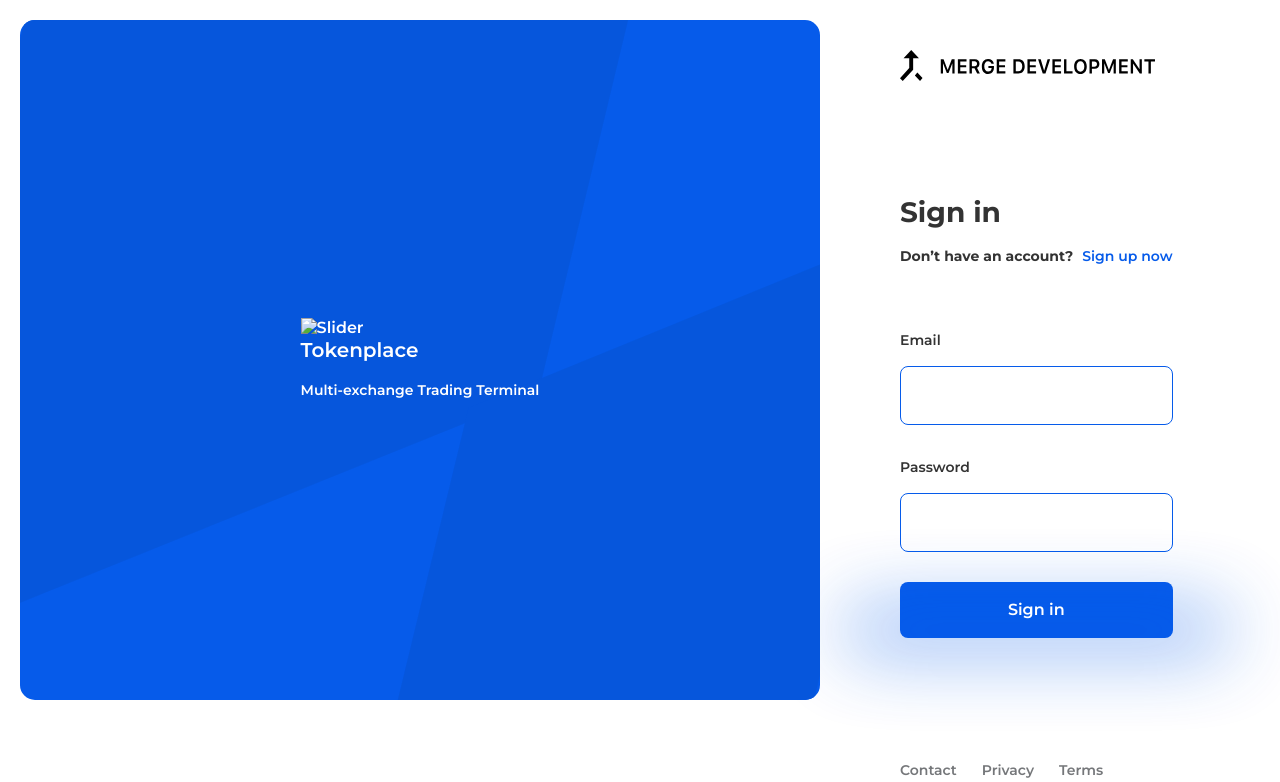
Repository: 13RedFox/form-project
Page: /
The author's editor kept a copy of each file at every save. The page is drawn from the files as they stood at one save, then again after the next save.
The browser window is 1280 px wide. The pictures show the whole page.
The project was rebuilt for these pictures with package versions that can differ from the ones it lists, and the page was loaded fresh each time.

Above is the page before, as saved 2021-08-04 18:53:13.

### public/index.html
<!DOCTYPE html>
<html lang="en">

<head>
  <meta charset="utf-8" />
  <link rel="icon" href="%PUBLIC_URL%/favicon.ico" />
  <meta name="viewport" content="width=device-width, initial-scale=1" />
  <meta name="theme-color" content="#000000" />
  <meta name="description" content="Web site created using create-react-app" />
  <link rel="apple-touch-icon" href="%PUBLIC_URL%/logo192.png" />
  <link rel="manifest" href="%PUBLIC_URL%/manifest.json" />

  <title>Form Project</title>
  <link rel="preconnect" href="https://fonts.googleapis.com">
  <link rel="preconnect" href="https://fonts.gstatic.com" crossorigin>
  <link href="https://fonts.googleapis.com/css2?family=Montserrat:wght@600;700&display=swap" rel="stylesheet">
</head>

<body>
  <noscript>You need to enable JavaScript to run this app.</noscript>
  <div id="root"></div>
</body>

</html>

### src/index.js
import React from 'react';
import ReactDOM from 'react-dom';
import './index.scss';
import App from './components/App/App';

ReactDOM.render(
  <React.StrictMode>
    <App />
  </React.StrictMode>,
  document.getElementById('root')
);

### src/index.scss
* {
  margin: 0;
  padding: 0;
  box-sizing: border-box;
  font-family: 'Montserrat', -apple-system, BlinkMacSystemFont, 'Segoe UI', 'Roboto', 'Oxygen',
    'Ubuntu', 'Cantarell', 'Fira Sans', 'Droid Sans', 'Helvetica Neue', sans-serif;
  -webkit-font-smoothing: antialiased;
  -moz-osx-font-smoothing: grayscale;
}

### src/components/App/App.jsx
import React from 'react';
import Form from '../Form/Form';
import Slider from '../Slider/Slider';

import styles from './App.module.scss';

function App() {
  return (
    <div className={styles.wrapper}>
      <Slider />
      <Form />
    </div>
  );
}

export default App;

### src/components/Form/Form.jsx
import styles from './Form.module.scss';
import { ReactComponent as LogoIcon } from '../../assets/logo.svg';
import Input from '../Input/Input';
import Button from '../Button/Button';

const Form = () => {
  return (
    <div className={styles.form}>
      <LogoIcon className={styles.icon} />
      <form action="#">
        <h1 className={styles.title}>Sign in</h1>
        <div className={styles.inner}>
          <p className={styles.text}>Don’t have an account?</p>
          <a href="#!" className={styles.signUp}>
            Sign up now
          </a>
        </div>
        <Input label="Email" type="email" className={styles.input} />
        <Input label="Password" type="password" className={styles.input} />
        <Button label="Sign in" disabled={false} className={styles.button} />

        <div className={styles.privacy}>
          <a href="#!" className={styles.privacyText}>
            Contact
          </a>
          <a href="#!" className={styles.privacyText}>
            Privacy
          </a>
          <a href="#!" className={styles.privacyText}>
            Terms
          </a>
        </div>
      </form>
    </div>
  );
};

export default Form;

### src/components/Slider/Slider.jsx
import styles from './Slider.module.scss';

const Slider = () => {
  return (
    <div className={styles.slider}>
      <img src="/top.png" alt="Pic" className={styles.topImage} />
      <div className={styles.card}>
        <div className={styles.wrapperImg}>
          <img src="#" alt="Slider" />
        </div>
        <h2 className={styles.title}>Tokenplace</h2>
        <p className={styles.description}>Multi-exchange Trading Terminal</p>
      </div>
      <img src="/bottom.png" alt="Pic" className={styles.bottomImage} />
    </div>
  );
};

export default Slider;

### src/components/App/App.module.scss
.wrapper {
  max-width: 1440px;
  height: 100vh;
  display: flex;
  background-color: #fff;
  padding: 20px;
  margin: 0 auto;
}

### src/components/Form/Form.module.scss
.form {
  padding-top: 30px;
  color: #333333;
}

.icon {
  cursor: pointer;
  margin-bottom: 110px;
}

.title {
  font-weight: bold;
  font-size: 28px;
  line-height: 34px;
  margin-bottom: 15px;
}

.inner {
  display: flex;
  align-items: center;
  margin-bottom: 60px;
}

.text {
  font-weight: bold;
  font-size: 14px;
  line-height: 24px;
}

.signUp {
  display: flex;
  font-weight: 600;
  font-size: 14px;
  line-height: 24px;
  color: #065bea;
  margin-left: 9px;
  text-decoration: none;
  transition: color 0.15s ease-in-out;

  &:hover {
    color: #0a4ab6;
  }
}

.privacy {
  margin-top: 120px;
}

.privacyText {
  font-weight: 600;
  font-size: 14px;
  line-height: 24px;
  color: #75777a;
  text-decoration: none;
  transition: color 0.15s ease-in-out;
  margin-right: 25px;

  &:last-child {
    margin-right: 0;
  }

  &:hover {
    color: #333;
  }
}

### src/components/Input/Input.jsx
import styles from './Input.module.scss';

const Input = ({ type, label }) => {
  return (
    <label htmlFor="input" className={styles.label}>
      {label}
      <input type={type} className={styles.input} />
    </label>
  );
};

export default Input;

### src/components/Button/Button.jsx
import React from 'react';
import styles from './Button.module.scss';

const Button = ({ label, disabled }) => {
  return (
    <button className={styles.button} disabled={disabled}>
      {label}
    </button>
  );
};

export default Button;

### src/components/Slider/Slider.module.scss
.slider {
  position: relative;
  width: 800px;
  height: 100%;
  background: #065bea;
  border-radius: 15px;
  display: flex;
  justify-content: center;
  align-items: center;
  color: #fff;
  margin-right: 80px;
  overflow: hidden;
  z-index: 1;
}

.topImage {
  position: absolute;
  top: -80%;
  left: -50%;
  z-index: -1;
}

.title {
  font-weight: 600;
  font-size: 20px;
  line-height: 26px;
  margin-bottom: 15px;
}

.description {
  font-weight: 600;
  font-size: 14px;
  line-height: 24px;
}

.bottomImage {
  position: absolute;
  bottom: -50%;
  left: 20%;
  z-index: -1;
}

### src/components/Input/Input.module.scss
.label {
  display: flex;
  flex-direction: column;
  font-weight: 600;
  font-size: 14px;
  line-height: 24px;
  color: #333;
  margin-bottom: 30px;
}

.input {
  width: 100%;
  max-width: 420px;
  padding: 20px;

  color: #333;
  background: #ffffff;
  border: 1px solid #065bea;
  border-radius: 8px;

  font-weight: 600;
  font-size: 14px;
  line-height: 17px;
  margin-top: 14px;
}

### src/components/Button/Button.module.scss
.button {
  position: relative;
  width: 100%;
  max-width: 420px;
  padding: 18px 0;
  background: #065bea;
  border-radius: 8px;
  border: none;
  font-weight: 600;
  font-size: 16px;
  line-height: 20px;
  color: #ffffff;
  transition: background-color 0.15s ease-in-out;
  cursor: pointer;
  z-index: 0;

  &:after {
    content: '';
    position: absolute;
    bottom: -5px;
    left: 50%;
    transform: translateX(-50%);
    width: 383px;
    height: 26px;

    background: #065bea;
    opacity: 0.83;
    filter: blur(40px);
    border-radius: 8px;
    z-index: -1;
  }

  &:hover {
    background: #0451d2;
  }

  &:active {
    background: #065bea;
  }

  &:disabled {
    background: #c6d0e0;
    &:after {
      display: none;
    }
  }
}

After the next save:
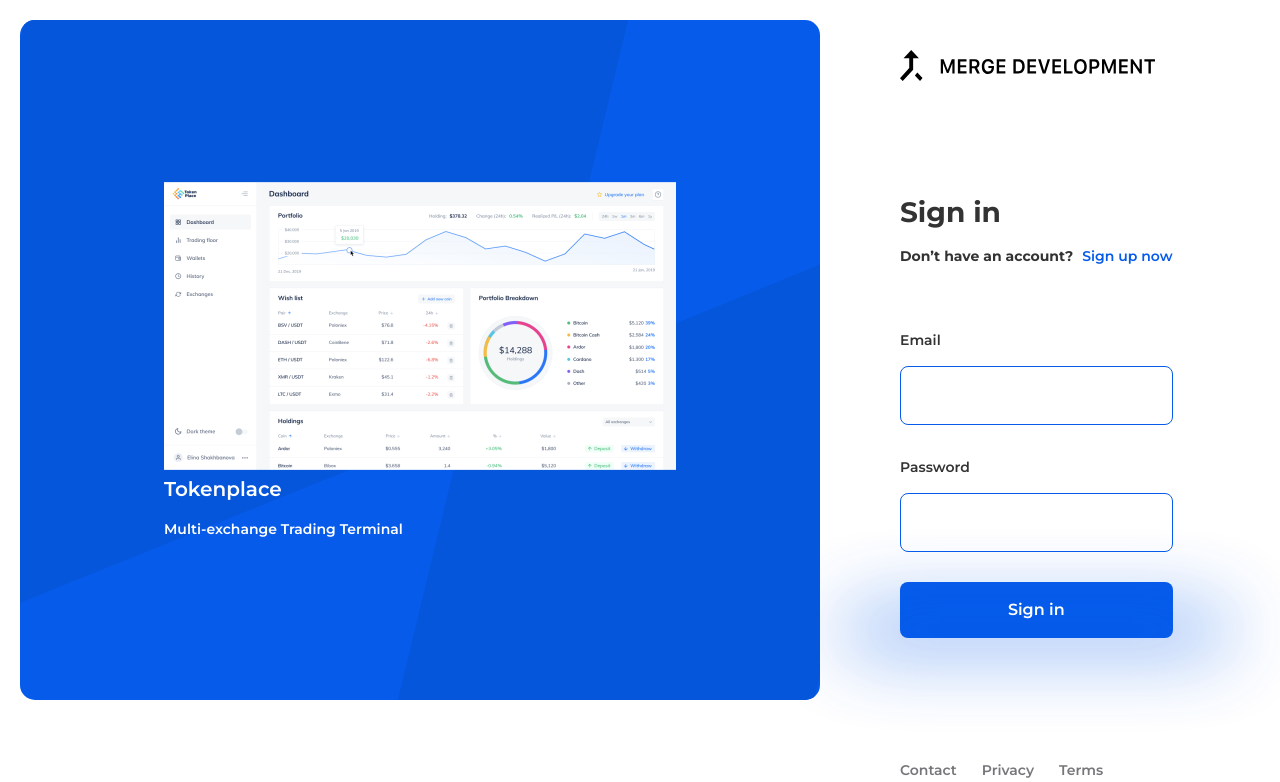
Saved 49 s later.
--- a/src/components/Slider/Slider.jsx
+++ b/src/components/Slider/Slider.jsx
@@ -6,7 +6,7 @@
       <img src="/top.png" alt="Pic" className={styles.topImage} />
       <div className={styles.card}>
         <div className={styles.wrapperImg}>
-          <img src="#" alt="Slider" />
+          <img src="/slide-1.png" alt="Slider" />
         </div>
         <h2 className={styles.title}>Tokenplace</h2>
         <p className={styles.description}>Multi-exchange Trading Terminal</p>
